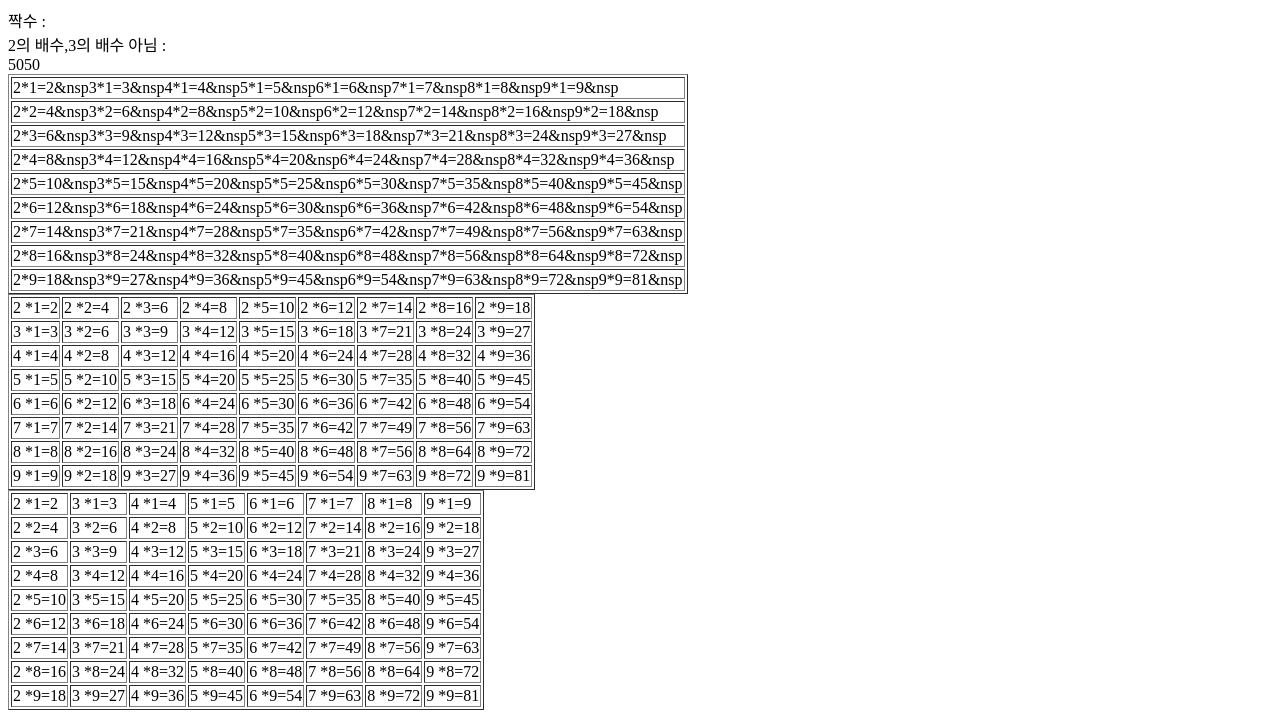
Repository: poomshen/team_03_project2
Page: JavaScript/WebContent/Ex05_Script.html
These files come from the project's save history. The page is drawn as it stood at one moment and after the next save; the edit follows.
The browser window is 1280 px wide. The pictures show the whole page.

Above is the page before, as saved 2016-08-30 03:16:33.

### JavaScript/WebContent/Ex05_Script.html
<!DOCTYPE html>
<html>
<head>
<meta charset="UTF-8">
<title>제어문</title>
<script type="text/javascript">
var  fe;
fe = 100;//타입 결정(Number)
console.log("a 변수값 :"+a);

	var a = 8;
	if(a % 2 == 0){
		document.write("짝수 :"  +"<br>");
	}else {
		document.write("홀수 :"  +"<br>");
	}

	var  c = 7;
	if(c%2  ==0){
		document.write ("2의 배수 "+"<br>");
	}else if (c % 3  ==0) {
		document.write ("3의 배수 "+"<br>");
	}else{
		document.write ("2의 배수,3의 배수 아님 :"+"<br>");
	}

	//for 문을 1~100 까지의 합
	//int sum = 0;
	//for(int i = 1; i<= 100; i++){ sum +=i}
	var sum = 0;
	for(var i = 1; i<= 100; i++){ sum +=i }
	document.write(sum);

	document.write('<table border="1">');
	for(var i = 1; i<=9 ; i++){
		document.write("<tr>");
			document.write("<td>")
		for(var y = 2 ;y<=9 ;y++){
			document.write(y + "*" + i+"=" +i*y +"&nsp");
		}
			document.write("</td>")
		document.write("</tr>");
	}
	document.write("</table>");

	document.write('<table border="1">');
	for(var i = 2; i<=9 ; i++){
		document.write("<tr>");
		for(var y = 1 ;y<=9 ;y++){
			document.write("<td>")
			document.write(i + " *" + y+"=" +i*y);
			document.write("</td>")
		}
		document.write("</tr>");
	}
	document.write("</table>");

	document.write('<table border="1">');
	for(var i = 1; i<=9 ; i++){
		document.write("<tr>");
		for(var y = 2 ;y<=9 ;y++){
			document.write("<td>")
			document.write(y + " *" + i+"=" +i*y);
			document.write("</td>")
		}
		document.write("</tr>");
	}
	document.write("</table>");

</script>
</head>
<body>

</body>
</html>

After the next save:
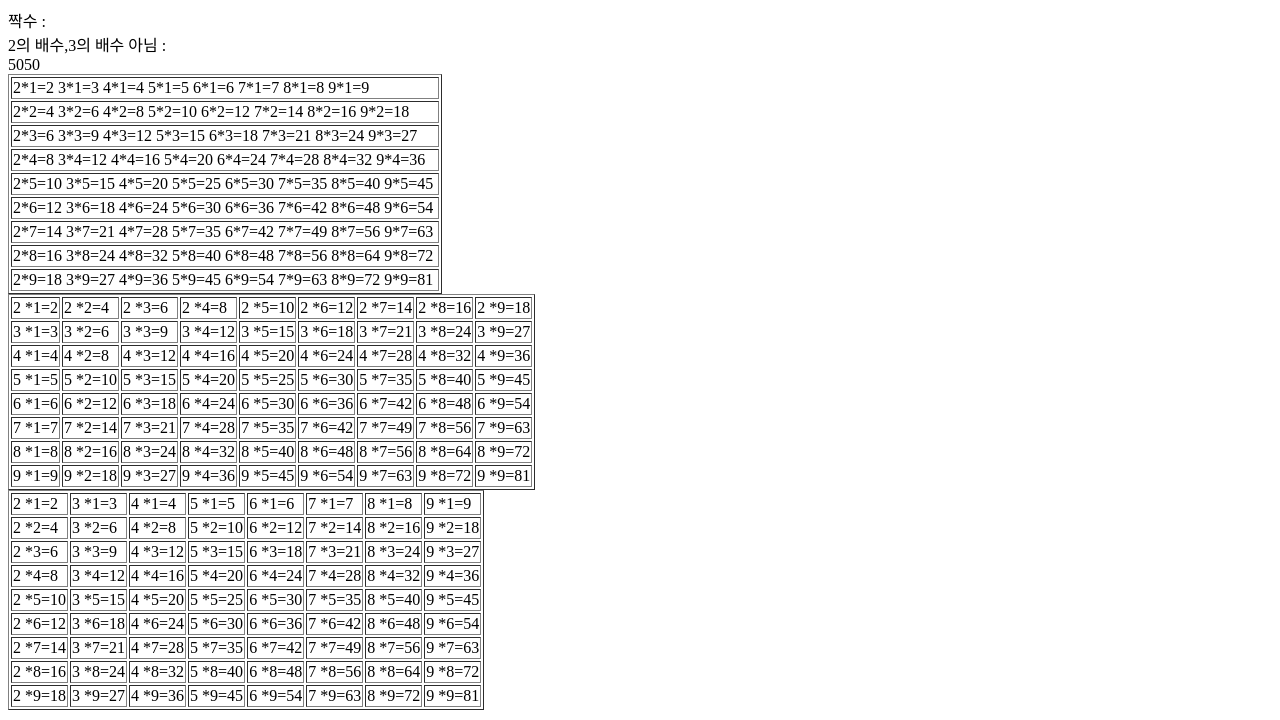
Saved 27 s later.
--- a/JavaScript/WebContent/Ex05_Script.html
+++ b/JavaScript/WebContent/Ex05_Script.html
@@ -36,7 +36,7 @@ console.log("a 변수값 :"+a);
 		document.write("<tr>");
 			document.write("<td>")
 		for(var y = 2 ;y<=9 ;y++){
-			document.write(y + "*" + i+"=" +i*y +"&nsp");
+			document.write(y + "*" + i+"=" +i*y +"&nbsp");
 		}
 			document.write("</td>")
 		document.write("</tr>");
